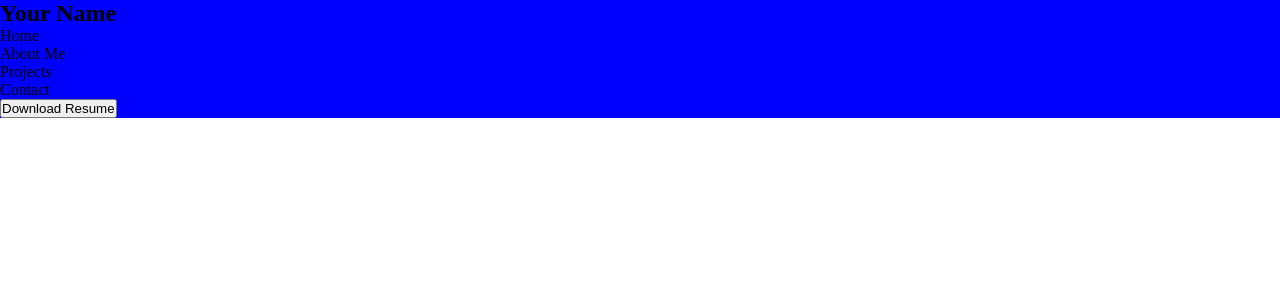
Repository: DevAntonioRogers/vanilla-portfolio
Page: index.html
These files come from the project's save history. The page is drawn as it stood at one moment and after the next save; the edit follows.
The browser window is 1280 px wide. The pictures show the whole page.

Above is the page before, as saved 2023-07-12 14:09:40.

After the next save:
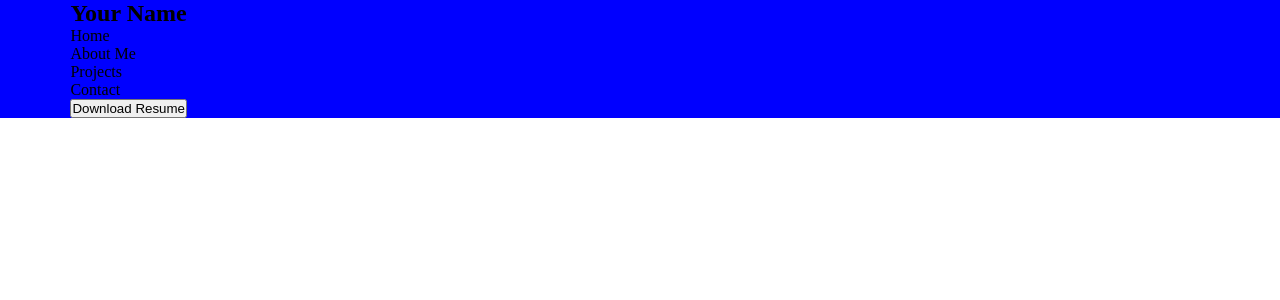
Saved 27 s later.
--- a/index.html
+++ b/index.html
@@ -8,26 +8,28 @@
   </head>
   <body>
     <nav>
-      <a href="/" aria-label="Home"> <h1>Your Name</h1></a>
-      <ul>
-        <li>
-          <a href="/" aria-label="Home">Home</a>
-        </li>
-        <li>
-          <a href="/" aria-label="About Me">About Me</a>
-        </li>
-        <li>
-          <a href="/" aria-label="Projects">Projects</a>
-        </li>
-        <li>
-          <a href="/" aria-label="Contact">Contact</a>
-        </li>
-        <li>
-          <a href="/resume.pdf" download aria-label="Download Resume">
-            <button>Download Resume</button>
-          </a>
-        </li>
-      </ul>
+      <div class="container">
+        <a href="/" aria-label="Home"> <h1>Your Name</h1></a>
+        <ul>
+          <li>
+            <a href="/" aria-label="Home">Home</a>
+          </li>
+          <li>
+            <a href="/" aria-label="About Me">About Me</a>
+          </li>
+          <li>
+            <a href="/" aria-label="Projects">Projects</a>
+          </li>
+          <li>
+            <a href="/" aria-label="Contact">Contact</a>
+          </li>
+          <li>
+            <a href="/resume.pdf" download aria-label="Download Resume">
+              <button>Download Resume</button>
+            </a>
+          </li>
+        </ul>
+      </div>
     </nav>
   </body>
 </html>
